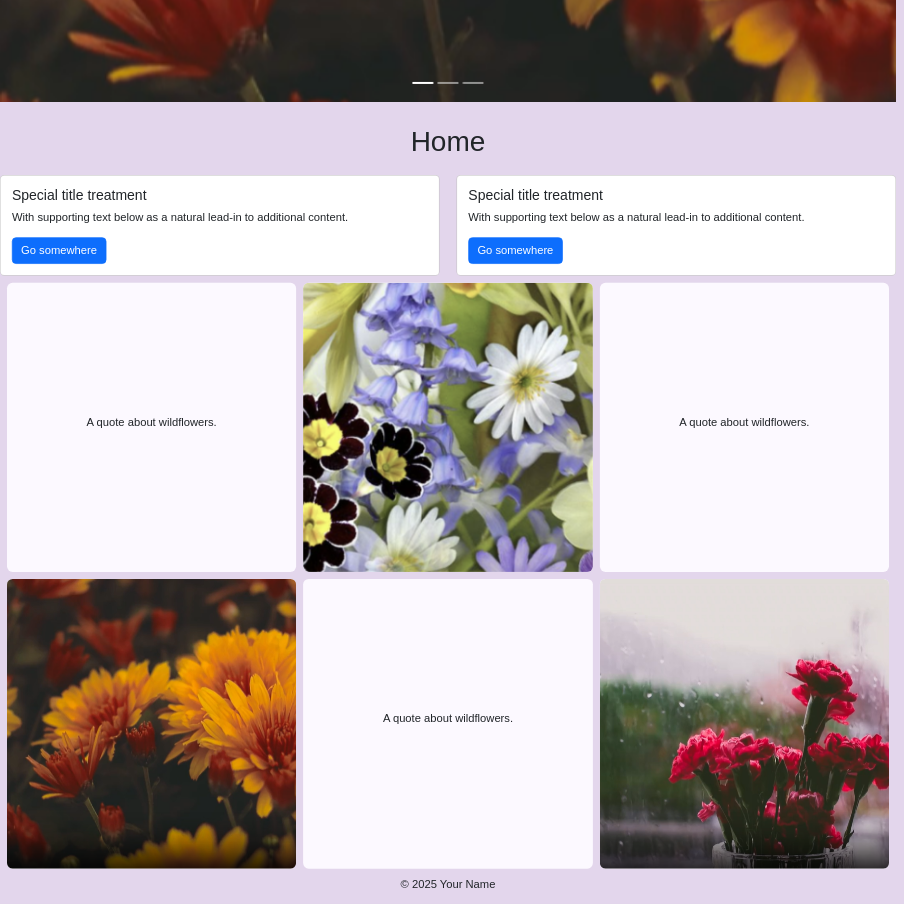
Repository: Brittany-Westlund/WebDesign
Page: FinalProject/index.html
An editor plug-in stored every save of this project. The page is shown before and after the next save, followed by the edit.
The browser window is 1280 px wide. The page is 1292 px wide, then 1280 px, so the pictures cover 1292 px, including what lies to the right of the window. The pictures show the part of the page from y = 590 to 2470 px (the page is 1881 px tall before and 1891 px after), at 70% of full size.
Some web fonts or font styles are not loaded; a fallback is used.

Above is the page before, as saved 2025-06-16 20:35:08.

### FinalProject/index.html
<!DOCTYPE html>
<html lang="en">
  <head>
    <meta charset="UTF-8">
    <meta name="viewport" content="width=device-width, initial-scale=1.0">
    <meta name="description" content="A personal website designed to showcase work, ideas, and personality.">

    <title>The title of the browser tab</title>

    <link href="https://cdn.jsdelivr.net/npm/bootstrap@5.3.0/dist/css/bootstrap.min.css" rel="stylesheet">

    <link rel="preconnect" href="https://fonts.googleapis.com">
    <link rel="preconnect" href="https://fonts.gstatic.com" crossorigin>
    <link href="https://fonts.googleapis.com/css2?family=Delius&display=swap" rel="stylesheet">

    <link rel="stylesheet" href="style/style.css">

    <link rel="icon" type="image/x-icon" href="images/favicon.ico">
  </head>
  <body>

    <nav class="navbar navbar-expand-lg sticky-top bg-dark" data-bs-theme="dark">
    <div class="container-fluid">
      <a class="navbar-brand" href="#">🌼</a>
        <button class="navbar-toggler ms-auto" type="button" data-bs-toggle="collapse" data-bs-target="#navbarSupportedContent" aria-controls="navbarSupportedContent" aria-expanded="false" aria-label="Toggle navigation">
          <span class="navbar-toggler-icon"></span>
    </button>
    <div class="collapse navbar-collapse" id="navbarSupportedContent">
    <ul class="navbar-nav mx-auto mb-2 mb-lg-0 align-items-end">
      <li class="nav-item">
        <a class="nav-link active" aria-current="page" href="index.html">Home</a>
      </li>
      <li class="nav-item">
        <a class="nav-link" href="contact.html">Contact</a>
      </li>
      <li class="nav-item">
        <a class="nav-link" href="about.html">About</a>
      </li> <!-- I added this entire list item to Bootstrap's default code. Add more if needed! -->
    </ul>
    </div>
  </div>
  </nav>

   <!-- Here is my carousel section -->
  <div id="carouselExampleIndicators" class="carousel slide">
        <div class="carousel-indicators">
          <button type="button" data-bs-target="#carouselExampleIndicators" data-bs-slide-to="0" class="active" aria-current="true" aria-label="Slide 1"></button>
          <button type="button" data-bs-target="#carouselExampleIndicators" data-bs-slide-to="1" aria-label="Slide 2"></button>
          <button type="button" data-bs-target="#carouselExampleIndicators" data-bs-slide-to="2" aria-label="Slide 3"></button>
        </div>
        <div class="carousel-inner">
          <div class="carousel-item active">
            <img src="images/orange-flowers.png" class="d-block w-100" alt="Orange wildflowers">
          </div>
          <div class="carousel-item">
            <img src="images/red-flowers.png" class="d-block w-100" alt="A red flower in the rain.">
          </div>
          <div class="carousel-item">
            <img src="images/wildflowers-square.png" class="d-block w-100" alt="A closeup of wildflowers.">
          </div>
        </div>
        <button class="carousel-control-prev" type="button" data-bs-target="#carouselExampleIndicators" data-bs-slide="prev">
          <span class="carousel-control-prev-icon" aria-hidden="true"></span>
          <span class="visually-hidden">Previous</span>
        </button>
        <button class="carousel-control-next" type="button" data-bs-target="#carouselExampleIndicators" data-bs-slide="next">
          <span class="carousel-control-next-icon" aria-hidden="true"></span>
          <span class="visually-hidden">Next</span>
        </button>
      </div>

    <header>
      <h1>Home</h1>
    </header>
    <main>

   <!-- Here is my card group section -->
    <div class="row">
      <div class="col-sm-6 mb-3 mb-sm-0">
        <div class="card">
          <div class="card-body">
            <h5 class="card-title">Special title treatment</h5>
            <p class="card-text">With supporting text below as a natural lead-in to additional content.</p>
            <a href="#" class="btn btn-primary">Go somewhere</a>
          </div>
        </div>
      </div>
      <div class="col-sm-6">
        <div class="card">
          <div class="card-body">
            <h5 class="card-title">Special title treatment</h5>
            <p class="card-text">With supporting text below as a natural lead-in to additional content.</p>
            <a href="#" class="btn btn-primary">Go somewhere</a>
          </div>
        </div>
      </div>
    </div>



    <!-- Here is my gallery section -->
    <div class="gallery">
      <div class="item"><p>A quote about wildflowers.</p></div>
      <div class="item"><img src="images/wildflowers-square.png" alt="A closeup of wildflowers"></div>
      <div class="item"><p>A quote about wildflowers.</p></div>
      <div class="item"><img src="images/orange-flowers.png" alt="A closeup of orange flowers"></div>
      <div class="item"><p>A quote about wildflowers.</p></div>
      <div class="item"><img src="images/red-flowers.png" alt="A closeup of red flowers"></p></div>
    </div>



    </main>
    <footer>
      <p>&copy; <span id="year"></span> Your Name</p>

      <script>
      document.getElementById("year").textContent = new Date().getFullYear();
      </script>
    </footer>
    <script src="https://cdn.jsdelivr.net/npm/bootstrap@5.3.0/dist/js/bootstrap.bundle.min.js"></script>
  </body>
</html>

### FinalProject/style/style.css
.delius-regular {
  font-family: "Delius", cursive;
  font-weight: 400;
  font-style: normal;
}

body {
  background-color: #e3d6ec;
  margin: 0;
  font-family: "Delius", sans-serif;
}

.navbar-brand {
  position: absolute;
  top: 8px;
}

.carousel-item img {
  max-height: 680px;
  object-fit: cover;
  width: 100%;
}

header {
  text-align: center;
  margin-top: 2rem;
  margin-bottom: 1.5rem;
}

.gallery {
  display: grid;
  grid-template-columns: repeat(auto-fit, minmax(400px, 1fr));
  gap: 10px;
  margin: auto;
  padding: 10px;
}

.item {
  background-color: #fcf9ff;
  border-radius: 8px;
  aspect-ratio: 1 / 1;
  display: flex;
  justify-content: center;
}

.item img {
  padding: 0;
  width: 100%;
  height: auto; /* maintains the image's aspect ratio */
  display: block; /* clears any space after the image */
  border-radius: 8px;

}

.item p {
  text-align: center;
  display: flex;
  align-items: center;
}

footer {
  text-align: center;
}









@media (max-width: 600px) {
  /* Styles for mobile screens */
}

@media (min-width: 600px) and (max-width: 1024px) {
  /* Styles for tablets */
}

After the next save:
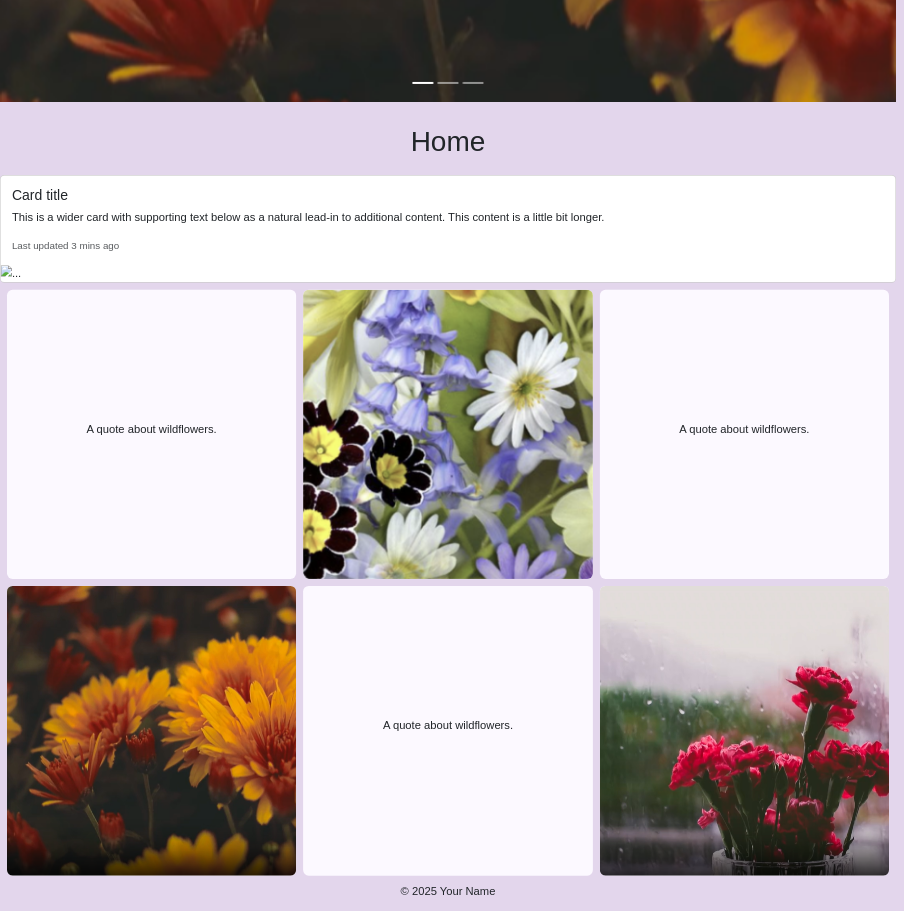
Not found: FinalProject/...
Saved 65 s later.
--- a/FinalProject/index.html
+++ b/FinalProject/index.html
@@ -75,25 +75,13 @@
     <main>
 
    <!-- Here is my card group section -->
-    <div class="row">
-      <div class="col-sm-6 mb-3 mb-sm-0">
-        <div class="card">
-          <div class="card-body">
-            <h5 class="card-title">Special title treatment</h5>
-            <p class="card-text">With supporting text below as a natural lead-in to additional content.</p>
-            <a href="#" class="btn btn-primary">Go somewhere</a>
-          </div>
-        </div>
+    <div class="card">
+      <div class="card-body">
+        <h5 class="card-title">Card title</h5>
+        <p class="card-text">This is a wider card with supporting text below as a natural lead-in to additional content. This content is a little bit longer.</p>
+        <p class="card-text"><small class="text-body-secondary">Last updated 3 mins ago</small></p>
       </div>
-      <div class="col-sm-6">
-        <div class="card">
-          <div class="card-body">
-            <h5 class="card-title">Special title treatment</h5>
-            <p class="card-text">With supporting text below as a natural lead-in to additional content.</p>
-            <a href="#" class="btn btn-primary">Go somewhere</a>
-          </div>
-        </div>
-      </div>
+      <img src="..." class="card-img-bottom" alt="...">
     </div>
 
 

After the save that followed:
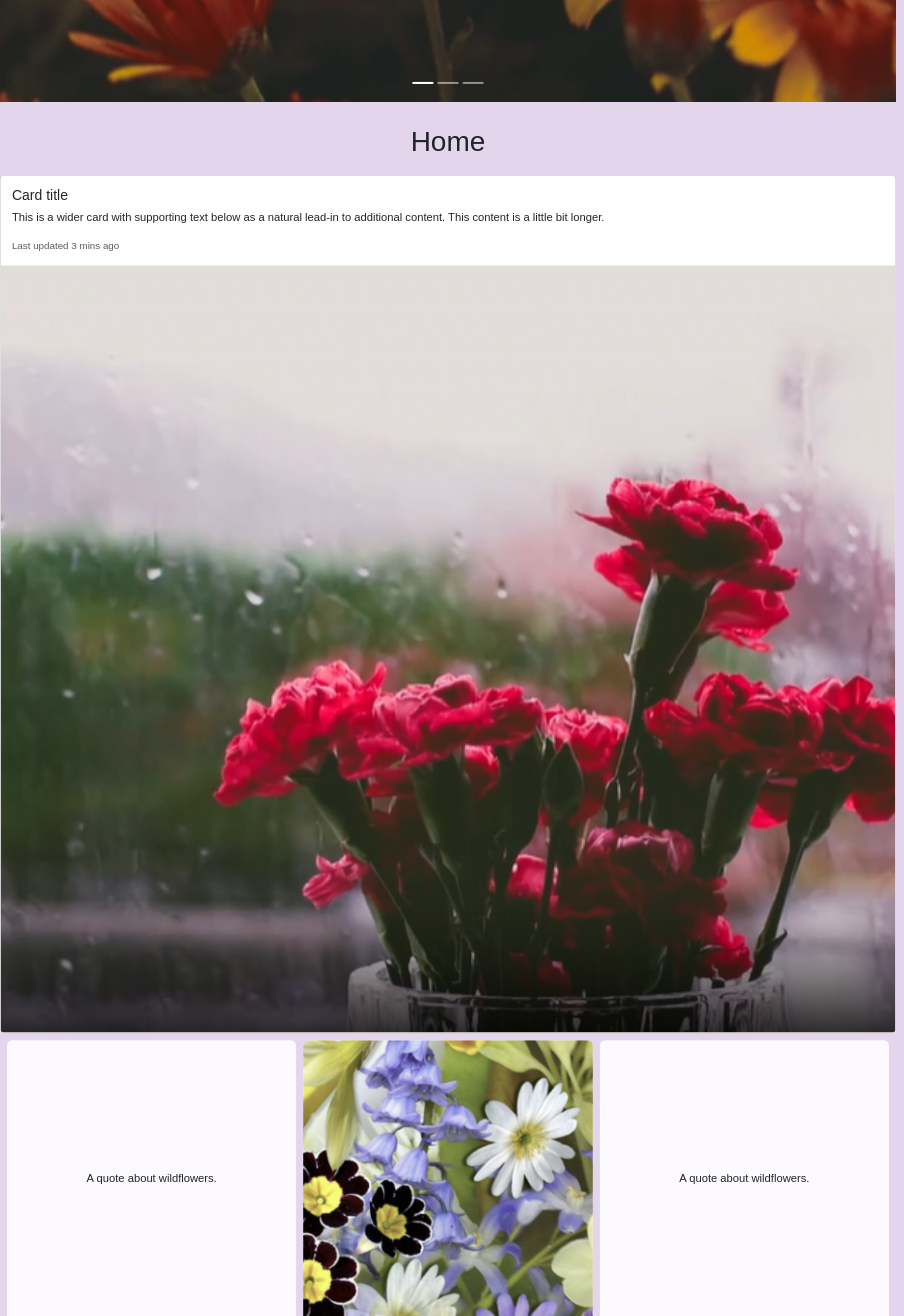
Saved 36 s later.
--- a/FinalProject/index.html
+++ b/FinalProject/index.html
@@ -81,7 +81,7 @@
         <p class="card-text">This is a wider card with supporting text below as a natural lead-in to additional content. This content is a little bit longer.</p>
         <p class="card-text"><small class="text-body-secondary">Last updated 3 mins ago</small></p>
       </div>
-      <img src="..." class="card-img-bottom" alt="...">
+      <img src="images/red-flowers.png" class="card-img-bottom" alt="Red flower in the rain">
     </div>
 
 
